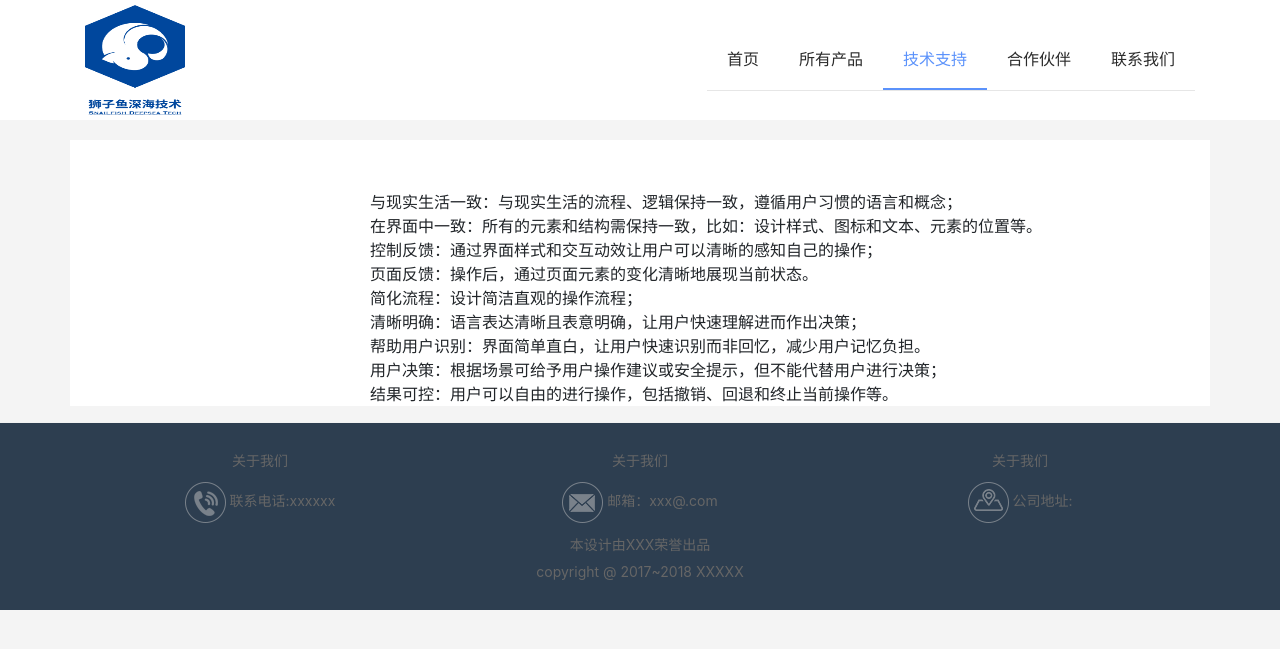
Repository: Noitom/Hadalsnailfish
Page: src/main/resources/static/html/help.html
The author's editor kept a copy of each file at every save. The page is drawn from the files as they stood at one save, then again after the next save.
The browser window is 1280 px wide. The pictures show the whole page.

Above is the page before, as saved 2021-12-13 11:56:17.

After the next save:
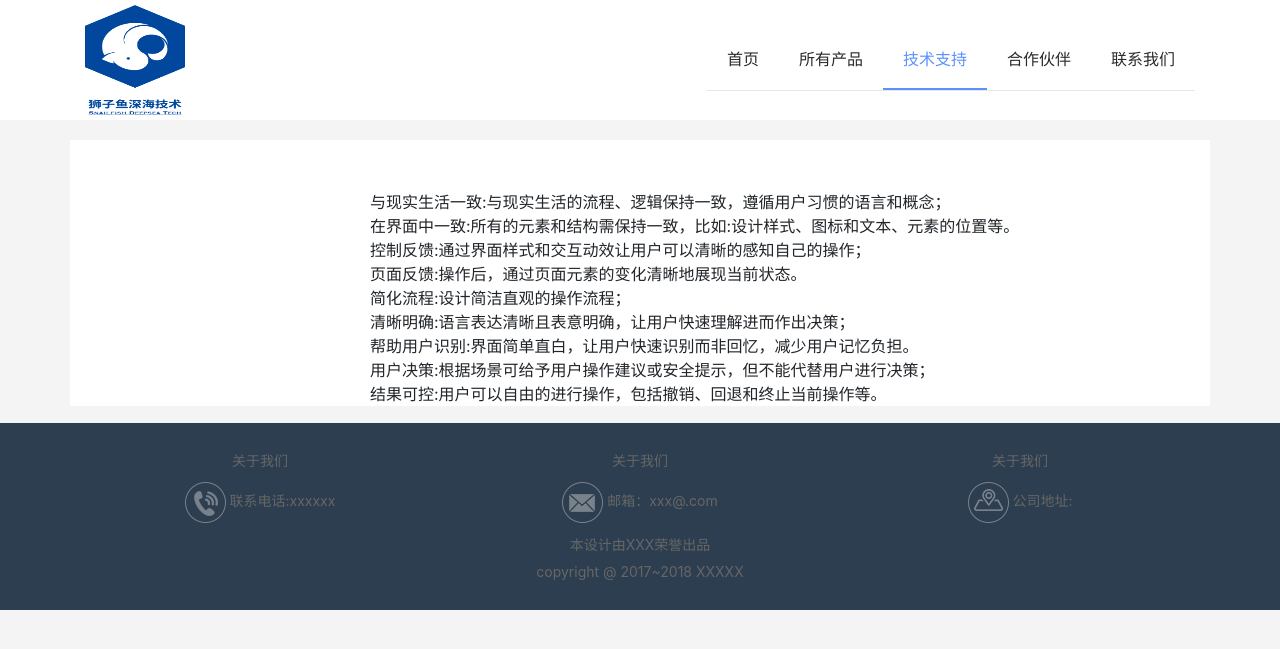
Saved 12 min 31 s later.
--- a/src/main/resources/static/html/help.html
+++ b/src/main/resources/static/html/help.html
@@ -174,21 +174,21 @@
                  <div class="d-flex flex-column" style="margin-top: 50px">
                      <el-collapse activeName="1" >
                          <el-collapse-item title="一致性 Consistency" name="1">
-                             <div>与现实生活一致：与现实生活的流程、逻辑保持一致，遵循用户习惯的语言和概念；</div>
-                             <div>在界面中一致：所有的元素和结构需保持一致，比如：设计样式、图标和文本、元素的位置等。</div>
+                             <div>与现实生活一致:与现实生活的流程、逻辑保持一致，遵循用户习惯的语言和概念；</div>
+                             <div>在界面中一致:所有的元素和结构需保持一致，比如:设计样式、图标和文本、元素的位置等。</div>
                          </el-collapse-item>
                          <el-collapse-item title="反馈 Feedback" name="2">
-                             <div>控制反馈：通过界面样式和交互动效让用户可以清晰的感知自己的操作；</div>
-                             <div>页面反馈：操作后，通过页面元素的变化清晰地展现当前状态。</div>
+                             <div>控制反馈:通过界面样式和交互动效让用户可以清晰的感知自己的操作；</div>
+                             <div>页面反馈:操作后，通过页面元素的变化清晰地展现当前状态。</div>
                          </el-collapse-item>
                          <el-collapse-item title="效率 Efficiency" name="3">
-                             <div>简化流程：设计简洁直观的操作流程；</div>
-                             <div>清晰明确：语言表达清晰且表意明确，让用户快速理解进而作出决策；</div>
-                             <div>帮助用户识别：界面简单直白，让用户快速识别而非回忆，减少用户记忆负担。</div>
+                             <div>简化流程:设计简洁直观的操作流程；</div>
+                             <div>清晰明确:语言表达清晰且表意明确，让用户快速理解进而作出决策；</div>
+                             <div>帮助用户识别:界面简单直白，让用户快速识别而非回忆，减少用户记忆负担。</div>
                          </el-collapse-item>
                          <el-collapse-item title="可控 Controllability" name="4">
-                             <div>用户决策：根据场景可给予用户操作建议或安全提示，但不能代替用户进行决策；</div>
-                             <div>结果可控：用户可以自由的进行操作，包括撤销、回退和终止当前操作等。</div>
+                             <div>用户决策:根据场景可给予用户操作建议或安全提示，但不能代替用户进行决策；</div>
+                             <div>结果可控:用户可以自由的进行操作，包括撤销、回退和终止当前操作等。</div>
                          </el-collapse-item>
                      </el-collapse>
                  </div>
